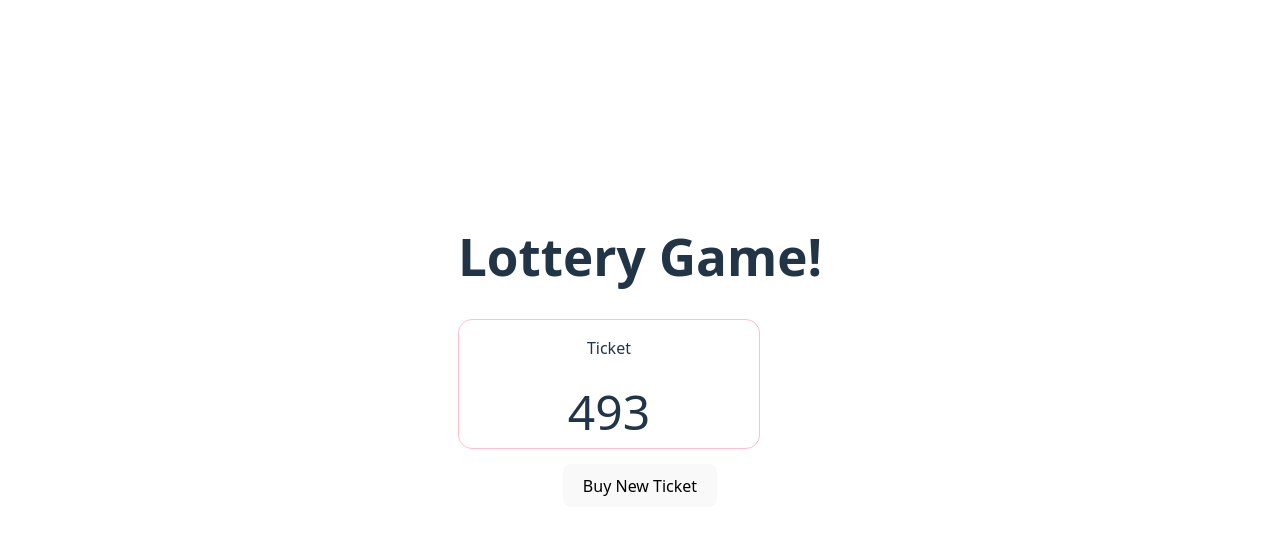
Repository: Ravikumar7210/Web_workspace
Page: / (app in React_Projects/Lottery/)
The author's editor kept a copy of each file at every save. The page is drawn from the files as they stood at one save, then again after the next save.
The browser window is 1280 px wide. The pictures show the whole page.
The project was rebuilt for these pictures with package versions that can differ from the ones it lists, and the page was loaded fresh each time. Also part of the build but not shown: React_Projects/Lottery/vite.config.js.

Above is the page before, as saved 2025-04-07 18:03:16.

After the next save:
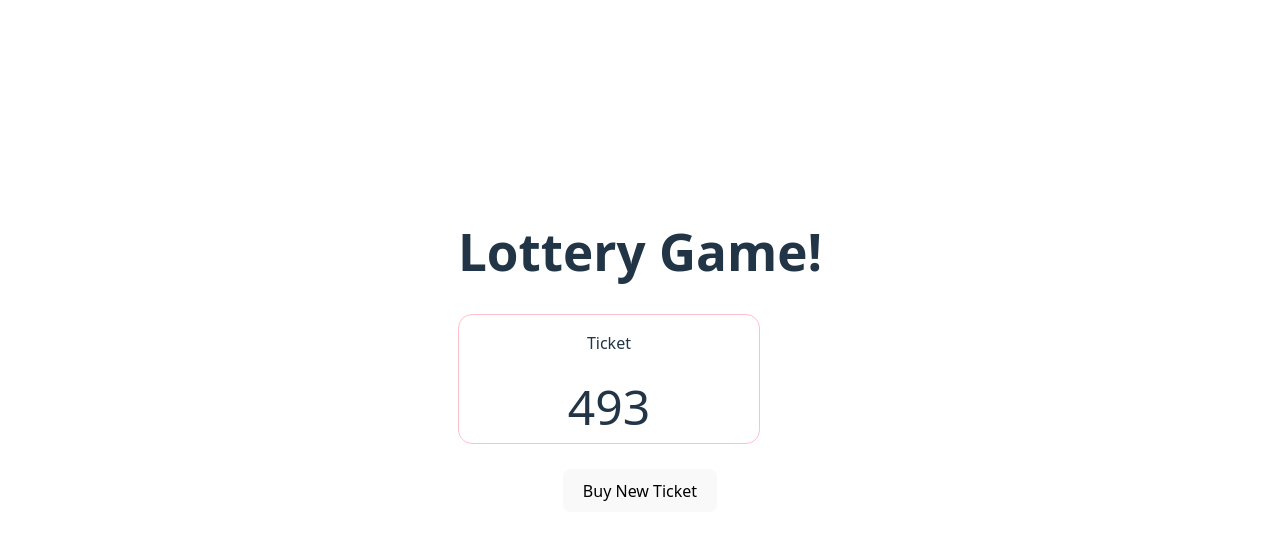
Saved 7 s later.
--- a/React_Projects/Lottery/src/Ticket.css
+++ b/React_Projects/Lottery/src/Ticket.css
@@ -2,6 +2,6 @@
     border: 1px solid pink;
     border-radius: 14px;
     width: 300px;
-    margin-bottom: 15px;
+    margin-bottom: 25px;
 
 }
